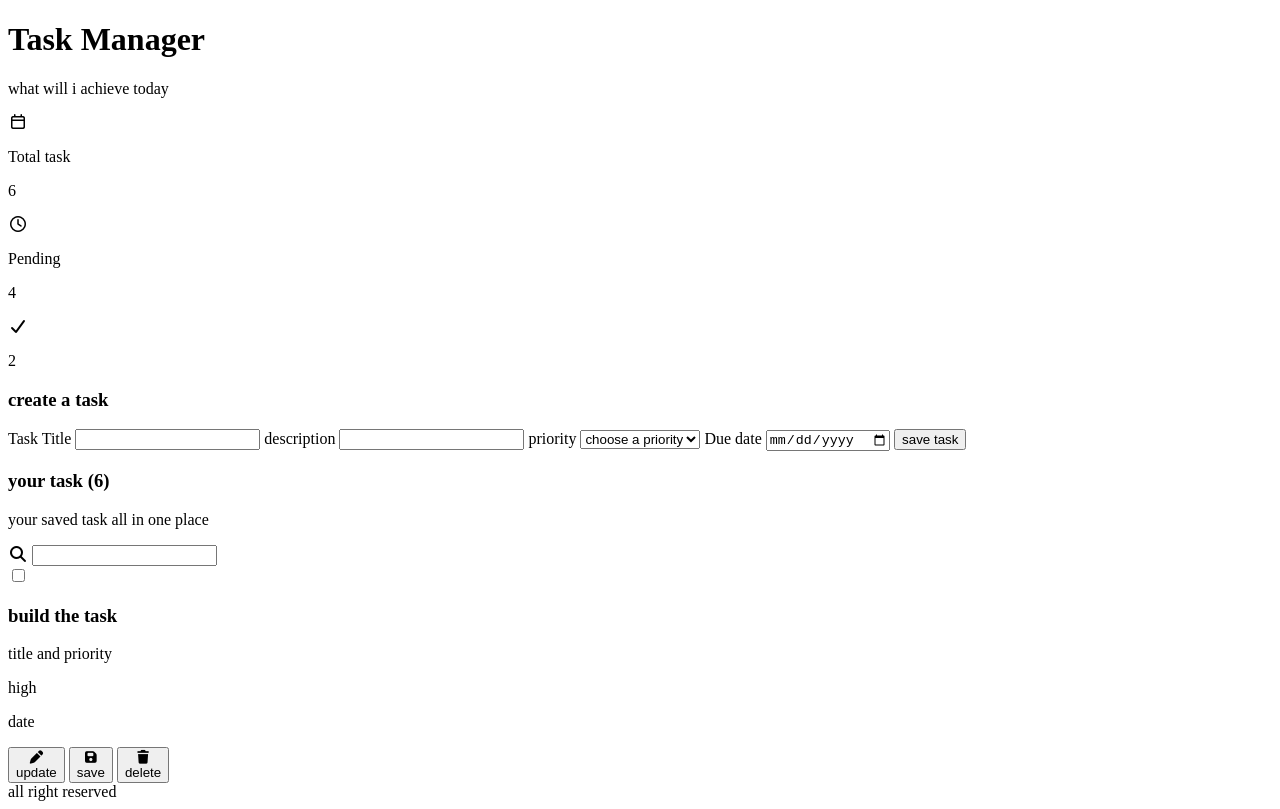
Repository: XDENTERTAINMENT/task-manager-groupwork
Page: index.html
These files come from the project's save history. The page is drawn as it stood at one moment and after the next save; the edit follows.
The browser window is 1280 px wide. The pictures show the whole page.

Above is the page before, as saved 2026-10-23 22:14:27.

After the next save:
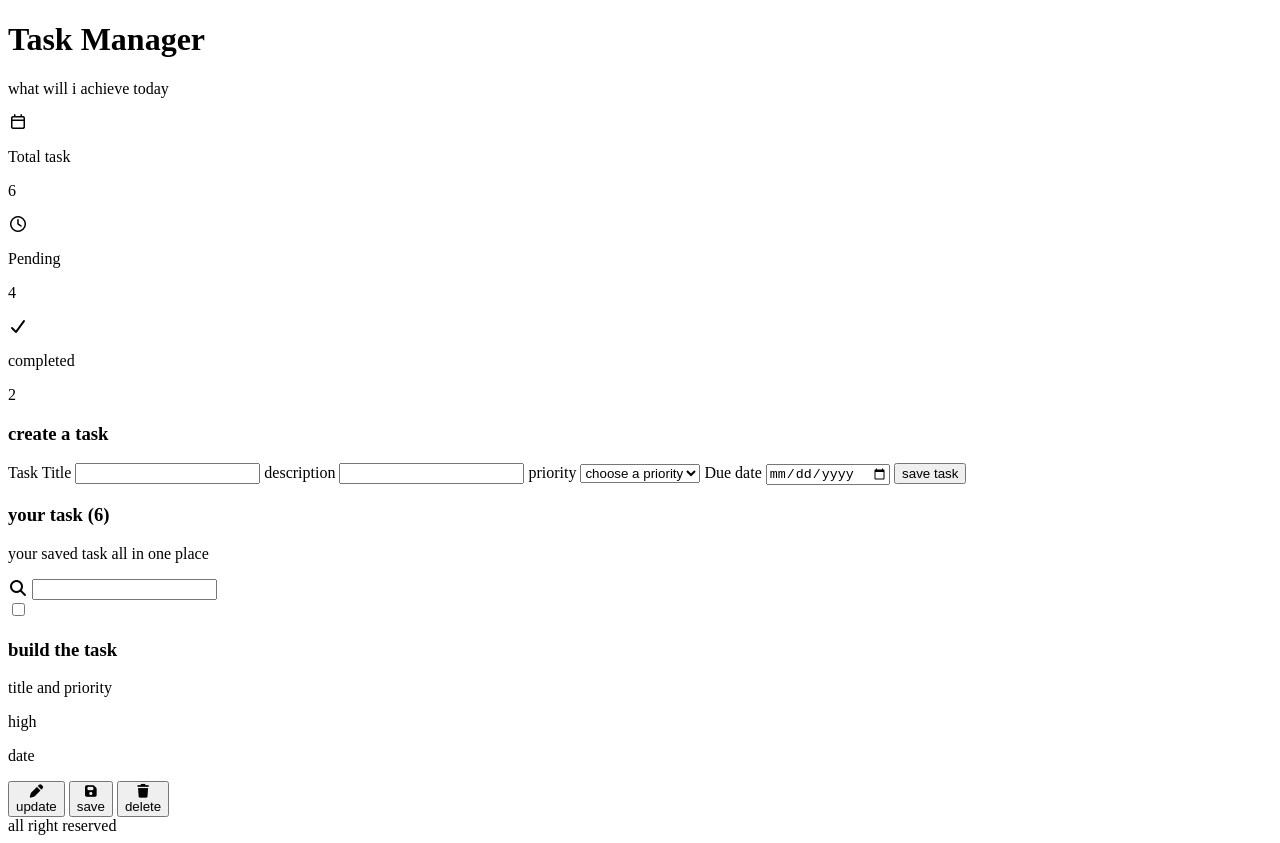
Saved 5 s later.
--- a/index.html
+++ b/index.html
@@ -36,7 +36,7 @@
         <div>
             <div><i class="fa-solid fa-check"></i></div>
             <div>
-                <p></p>
+                <p> completed</p>
             </div>
         <p  id="completed-task"> 2</p>
         </div>
